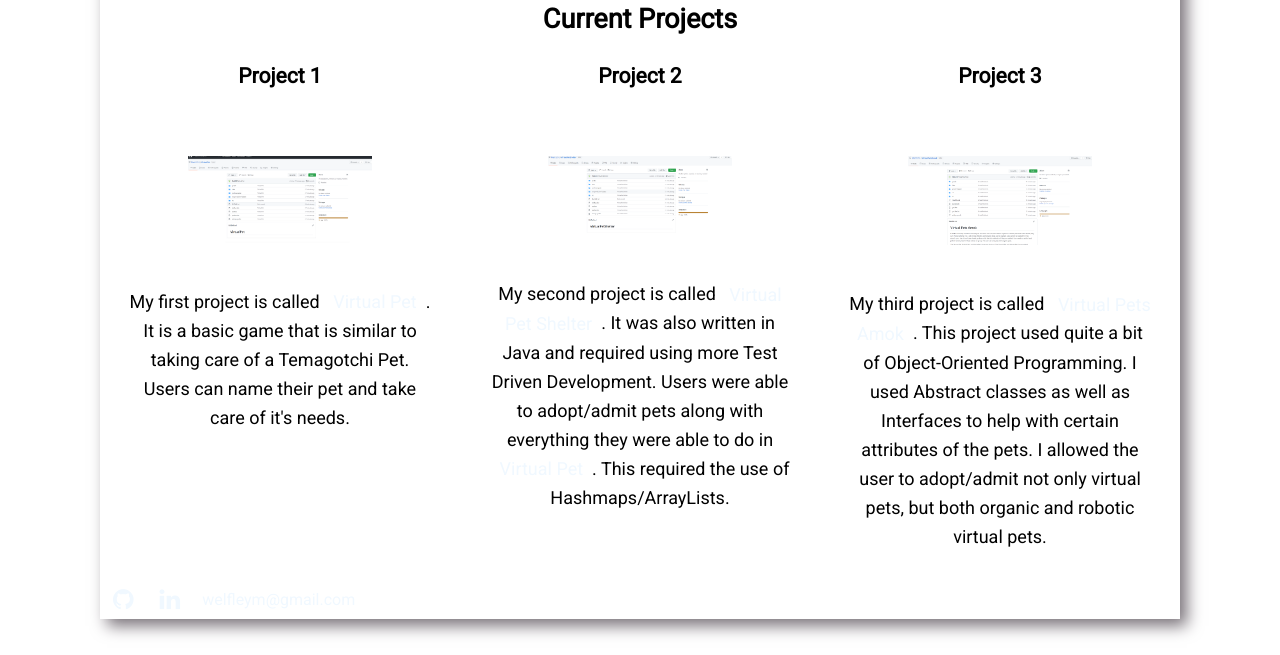
Repository: Matt1218/Matt1218.github.io
Page: index.html
The author's editor kept a copy of each file at every save. The page is drawn from the files as they stood at one save, then again after a run of saves.
The browser window is 1280 px wide. The pictures show the part of the page from y = 565 to 1220 px (the page is 1220 px tall before and 1182 px after).
A picture or video elsewhere on the page could not be fetched, so the positions and the page height are approximate.

Above is the page before, as saved 2022-03-21 15:10:23.

### index.html
<!DOCTYPE html>
<html lang="en">

<head>
    <meta charset="UTF-8">
    <meta http-equiv="X-UA-Compatible" content="IE=edge">
    <meta name="viewport" content="width=device-width, initial-scale=1.0">
    <link rel="stylesheet" href="https://cdnjs.cloudflare.com/ajax/libs/font-awesome/4.7.0/css/font-awesome.min.css">
    <link rel="stylesheet" href="style.css">
    <title>Matt's Portfolio</title>
</head>

<body>
    <div class="container">
        <header class="page-header">

                <h1 id="header-logo">Matt Welfley</h1>
                <ul class="header-nav">
                    <li>
                        <nav class="header-nav-item"><a href="#profile">About Me</a></nav>
                    </li>
                    <li>
                        <nav class="header-nav-item"><a href="#projects">Projects</a></nav>
                    </li>
                </ul>

        </header>

    <section id="profile">

        <figure id="profile-image">
            <img src="./assets/Headshot (2).jpg" alt="A profile picture of me">
        </figure>
        <article class="bio">
            <h2>About Me:</h2>
            <p>I graduated from Kent State University with a Bachelor's of Arts Degree in Organizational
                Communication. I enjoy backpacking, climbing, disc golf, and writing clean, functional code. I am
                currently
                based in Kent, Ohio. </p>
            <section class="skills">
                <h2>Technical Skills:</h2>
                <ul>
                    <li>Java</li>
                    <li>HTML</li>
                    <li>CSS</li>
                    <li>JavaScript</li>
                    <li>MVC</li>
                    <li>Spring</li>
                    <li>Thymeleaf</li>
                    <li>Object Oriented Programming</li>
                </ul>
            </section>

        </article>

    </section>

    <h2 id="projects-title">Current Projects</h2>
    <section id="projects">
        <article class="projects-column">
            <h3 class="projects-column-title">Project 1</h3>
            <figure class="projects-column-figure">
                <img src="./assets/VIrtualPetScreenshot.png" alt="VirtualPetScreenshot" class="projects-image-1">
                <p>My first project is called <a href="https://github.com/Matt1218/VirtualPet">Virtual Pet</a>. It
                    is a
                    basic game that is similar to taking care of a Temagotchi Pet. Users can name their pet and take
                    care of it's needs.</p>
            </figure>
        </article>

        <article class="projects-column">
            <h3 class="projects-column-title">Project 2</h3>
            <figure class="projects-column-figure">
                <img src="./assets/VirtualPetShelterScreenshot.png" alt="VirtualPetShelterScreenshot"
                    class="projects-image-2">
                <p>My second project is called <a href="https://github.com/Matt1218/VirtualPetShelter">Virtual Pet
                        Shelter</a>. It was also written in Java and required using more Test Driven Development.
                    Users
                    were able to adopt/admit pets along with everything they were able to do in <a
                        href="https://github.com/Matt1218/VirtualPet">Virtual Pet</a>. This required the use of
                    Hashmaps/ArrayLists.</p>
            </figure>
        </article>
        <article class="projects-column">
            <h3 class="projects-column-title">Project 3</h3>
            <figure class="projects-column-figure">
                <img src="./assets/VirtualPetsAmokScreenshot.png" alt="VirtualPetsAmokScreenshot"
                    class="projects-image-3">
                <p>My third project is called <a href="https://github.com/Matt1218/VirtualPetsAmok">Virtual Pets
                        Amok</a>. This project used quite a bit of Object-Oriented Programming. I used Abstract
                    classes
                    as well as Interfaces to help with certain attributes of the pets. I allowed the user to
                    adopt/admit
                    not only virtual pets, but both organic and robotic virtual pets.</p>
            </figure>
        </article>
    </section>

    <footer id="footer">
        <a id="github" href="https://github.com/Matt1218" class="fa fa-github"></a>
        <a id="linkedin" href="https://www.linkedin.com/in/matt-welfley" class="fa fa-linkedin"></a>
        <a id="email" href="mailto: welfleym@gmail.com">welfleym@gmail.com</a>
    </footer>
    </div>
</body>

</html>

### style.css
@import url('https://fonts.googleapis.com/css2?family=Roboto');

* {
    box-sizing: border-box;
    margin: 0;
    padding: 0;
}


html {
    color: black;
    font: 18px/1.618 sans-serif;
    font-family: 'Roboto', sans-serif;
}

a {
    color: aliceblue;
    padding: .25rem .5rem;
    text-decoration: none;
}

a :visited{
    text-decoration: none;
}

.container {
    background-color: white;
    margin: 2rem auto;
    max-width: 60rem;
    width: 90%;
    -webkit-box-shadow: 7px 7px 15px 0px rgba(122, 115, 122, 1);
    -moz-box-shadow: 7px 7px 15px 0px rgba(122, 115, 122, 1);
    box-shadow: 7px 7px 15px 0px rgba(122, 115, 122, 1);
}

.page-header {
    display: flex;
    align-items: center;
    justify-content: space-between;
    background-color: rgb(60, 90, 134);
}

#header-logo {
    margin-left: 1.5rem;
    font-style: bold;
    color: aliceblue;
}

.header-nav {
    display: flex;
    list-style-type: none;
}

.header-nav-item {
    list-style-type: none;
    margin: 1rem;
}

.header-nav-item:hover {
    background-color: grey;
    border: .5px solid rgb(38, 54, 78);
    border-radius: .5rem;
    transition: .5s;
}

#profile {
    display: flex;
    justify-content: space-between;
}

#profile img {
    width: 70%;
    margin: 1rem;
    height: auto;
    border-radius: 5px;

}

#projects img {
    width: 60%;
    margin: 2rem;
}

.bio {
    display: flex;
    flex-direction: column;
    margin: .5rem 3rem;
}

.skills {
    margin-top: 1rem;
}


#projects-title{
    text-align: center;
    margin: 1rem;
}

#projects{
    display: grid;
    grid-template-columns: 1fr 1fr 1fr;
}

.projects-column-title{
    text-align: center;
}

.projects-column-figure{
    text-align: center;
    margin: 1.5rem;
}

#footer{
    display: flex;
    align-items:center
}

#github, #linkedin {
    font-size: x-large;
    margin: 4px;
}

#email{
    font-size: medium;
    margin-bottom: -3px;
}

After the next 2 saves:
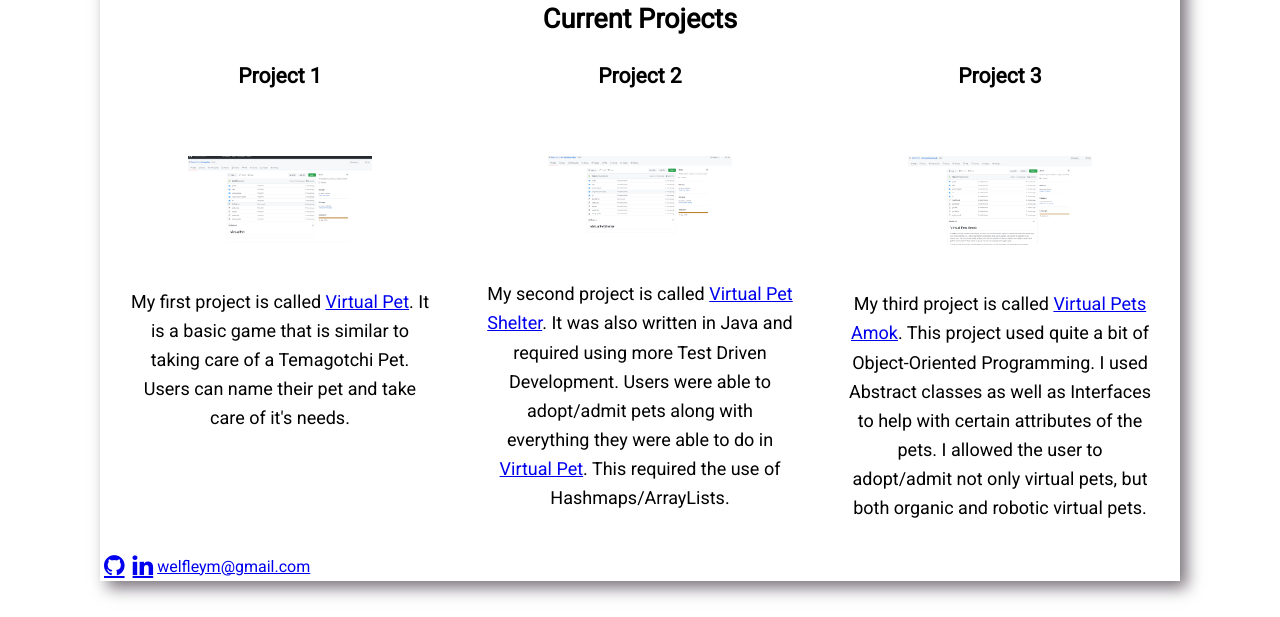
The 2 saves are shown as one change because they came seconds apart.
The last was saved 27 s later.
--- a/style.css
+++ b/style.css
@@ -13,7 +13,7 @@ html {
     font-family: 'Roboto', sans-serif;
 }
 
-a {
+.page-header a {
     color: aliceblue;
     padding: .25rem .5rem;
     text-decoration: none;
